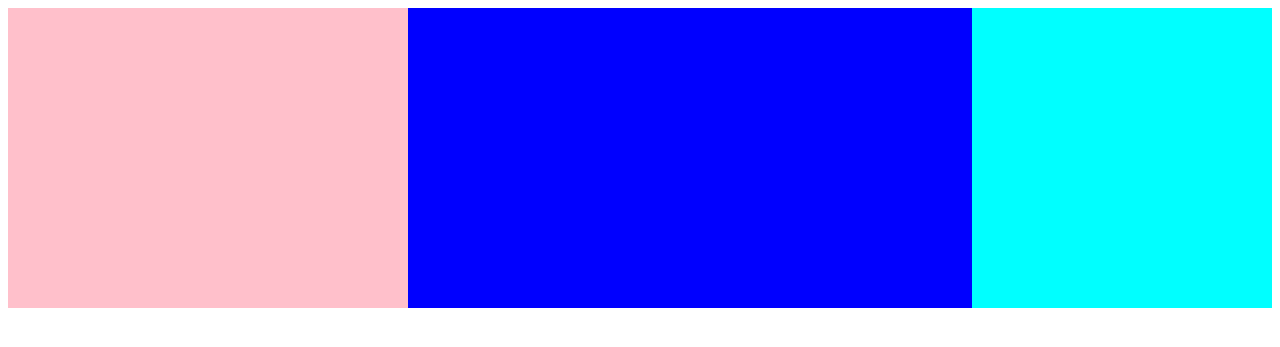
Repository: MMXiaohang/frontend-interview-coding
Page: 17.三栏布局.html
The author's editor kept a copy of each file at every save. The page is drawn from the files as they stood at one save, then again after the next save.
The browser window is 1280 px wide. The pictures show the whole page.

Above is the page before, as saved 2022-03-31 20:27:13.

### 17.三栏布局.html
<!DOCTYPE html>
<html lang="en">
<head>
    <meta charset="UTF-8">
    <meta http-equiv="X-UA-Compatible" content="IE=edge">
    <meta name="viewport" content="width=device-width, initial-scale=1.0">
    <title>Document</title>
    <style>
        #container{
            /* display: flex;   */
            padding-left: 400px;
            padding-right: 300px;
            height: 300px;
            overflow: auto;
        }

        #container div{
            float: left;
            height: 100%;
        }

        #center{
            /* flex: 1 1 400px;   */
            width: 100%;
            background-color: blue;
        }

        #left{
            position: relative;
            width:400px;
            left: -400px;
            margin-left: -100%;
            background-color: pink;
        }

        #right{
            width: 300px;
            margin-right: -300px;
            background-color: aqua;
        }
    </style>
</head>
<body>
    <div id="container">
        <div id="center"></div>
        <div id="left"></div>
        <!-- <div id="center"></div>  flex -->
        <div id="right"></div>
    </div>
</body>
</html>

After the next save:
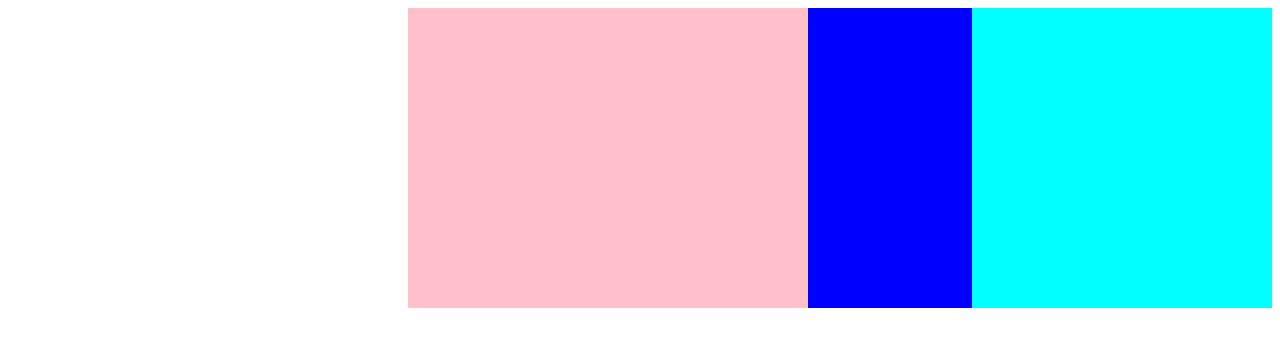
Saved 4 min 22 s later.
--- a/17.三栏布局.html
+++ b/17.三栏布局.html
@@ -28,7 +28,7 @@
         #left{
             position: relative;
             width:400px;
-            left: -400px;
+            /* left: -400px; */
             margin-left: -100%;
             background-color: pink;
         }

After the save that followed:
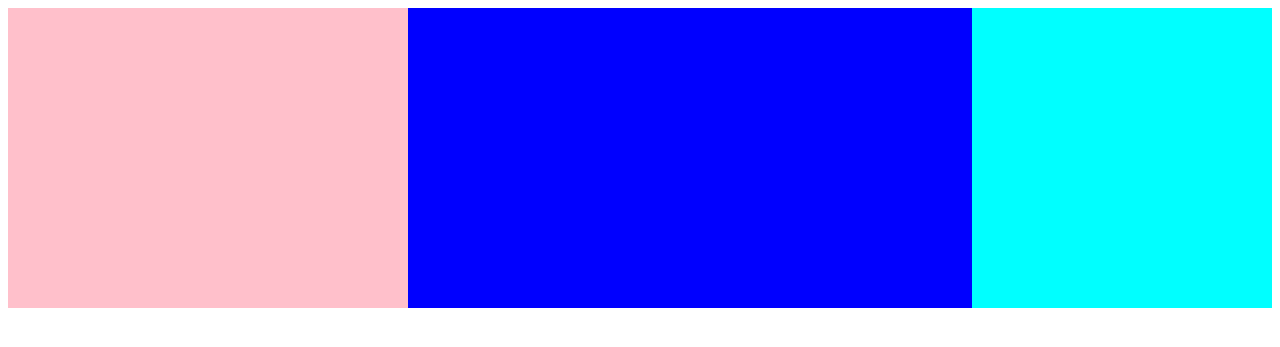
Saved 5 s later.
--- a/17.三栏布局.html
+++ b/17.三栏布局.html
@@ -28,7 +28,7 @@
         #left{
             position: relative;
             width:400px;
-            /* left: -400px; */
+            left: -400px;
             margin-left: -100%;
             background-color: pink;
         }
